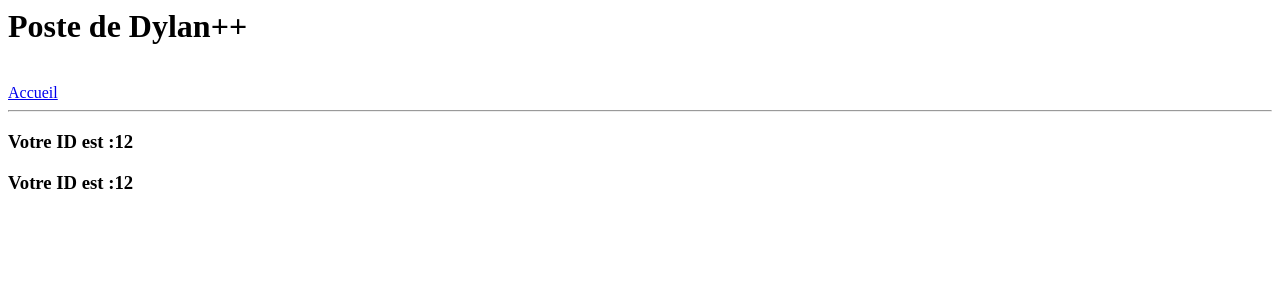
Repository: DylanCahu/cookie
Page: http://localhost/Cookies/connect.php
An editor plug-in stored every save of this project. The page is shown before and after the next save, followed by the edit.
The browser window is 1280 px wide. The pictures show the whole page.
The page is run by PHP 8.4 with error messages shown; the project is at /var/www/html/.

Above is the page before, as saved 2021-12-13 09:41:09.

After the next save:
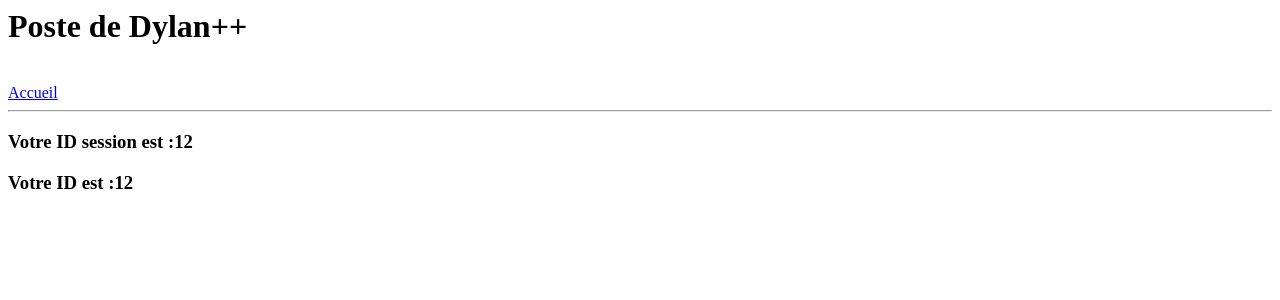
Saved 13 s later.
--- a/connect.php
+++ b/connect.php
@@ -29,7 +29,7 @@ $numClient = rand(0, 20);
 
 $_SESSION['numClient']=$numClient;
 
-echo ("<h3>Votre ID est :" . $_SESSION['numClient'] . "</h2>");
+echo ("<h3>Votre ID session est :" . $_SESSION['numClient'] . "</h2>");
 setcookie("numClient", $numClient, $arr_cookie_options);
 echo ("<h3>Votre ID est :" . $numClient . "</h2>");
 ?>
